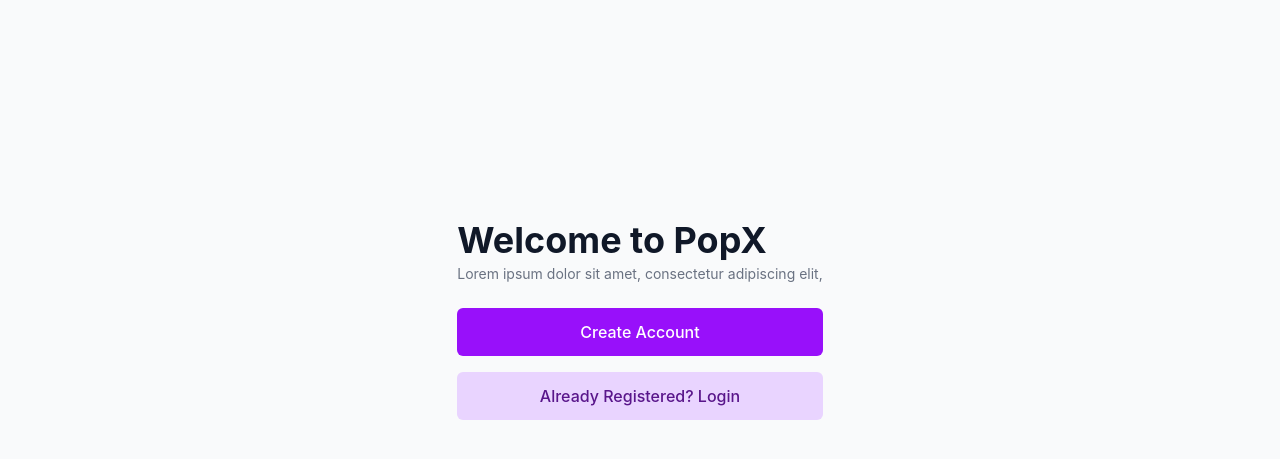
Repository: tanayburbure/inter
Page: /
The author's editor kept a copy of each file at every save. The page is drawn from the files as they stood at one save, then again after the next save.
The browser window is 1280 px wide. The pictures show the whole page.
The project was rebuilt for these pictures with package versions that can differ from the ones it lists, and the page was loaded fresh each time. Also part of the build but not shown: vite.config.js, src/pages/Login.jsx, src/pages/Signup.jsx, src/pages/Account.jsx.

Above is the page before, as saved 2025-06-17 22:22:43.

### src/index.css
@import "tailwindcss";

body {
  font-family: 'Inter', sans-serif;
}

### src/App.jsx
import React from "react";
import { BrowserRouter as Router, Routes, Route, useLocation, useNavigate } from "react-router-dom";
import Welcome from "./pages/Welcome";
import Login from "./pages/Login";
import Signup from "./pages/Signup";
import Account from "./pages/Account";

function BackButton() {
  const location = useLocation();
  const navigate = useNavigate();

  // Hide the button only on the Welcome page
  if (location.pathname === "/") return null;

  return (
    <button
      onClick={() => navigate(-1)}
      className="absolute top-4 left-4 px-4 py-2 bg-white border border-gray-300 rounded shadow text-sm hover:bg-gray-50"
    >
      ← Back
    </button>
  );
}

export default function App() {
  return (
    <Router>
      <div className="relative min-h-screen bg-gray-100 text-gray-900">
        <BackButton />
        <Routes>
          <Route path="/" element={<Welcome />} />
          <Route path="/login" element={<Login />} />
          <Route path="/signup" element={<Signup />} />
          <Route path="/account" element={<Account />} />
        </Routes>
      </div>
    </Router>
  );
}

### src/pages/Welcome.jsx
import { useNavigate } from 'react-router-dom';

export default function Welcome() {
  const navigate = useNavigate();

  return (
    <div className="min-h-screen md:items-center mg:justify-center lg:items-center lg:justify-center flex flex-col justify-end px-6 py-12 bg-gray-50">
      <div className="mb-20">
        <h1 className="text-4xl font-bold mb-1">Welcome to PopX</h1>
        <p className="text-sm text-gray-500 mb-6">
          Lorem ipsum dolor sit amet, consectetur adipiscing elit,
        </p>
        <button
          onClick={() => navigate('/signup')}
          className="w-full bg-purple-600 text-white py-3 rounded-md font-medium mb-4"
        >
          Create Account
        </button>
        <button
          onClick={() => navigate('/login')}
          className="w-full bg-purple-200 text-purple-900 py-3 rounded-md font-medium"
        >
          Already Registered? Login
        </button>
      </div>
    </div>
  );
}

Loaded but not shown: index.html (common file); src/main.jsx (common file)

After the next save:
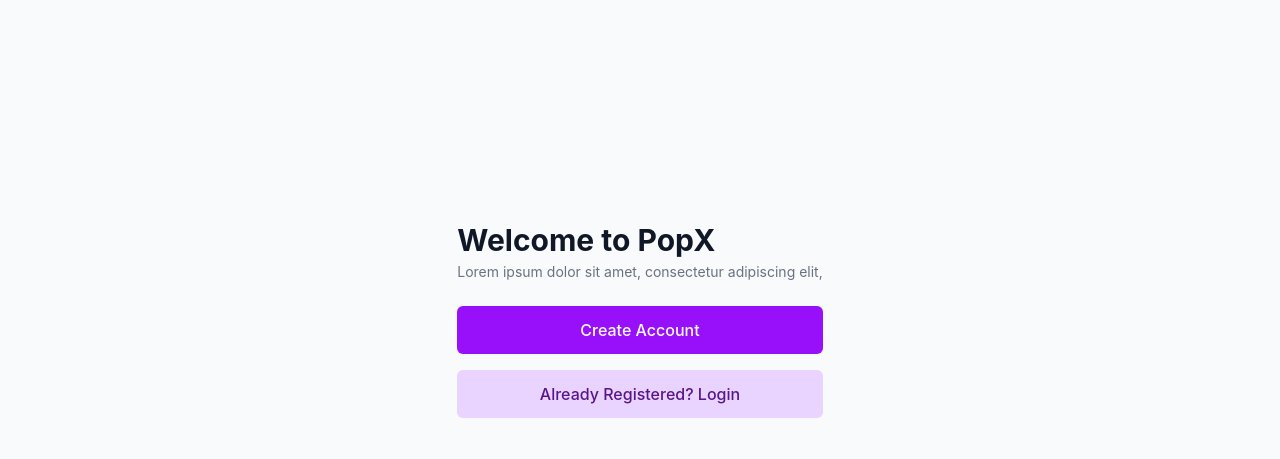
Saved 4 s later.
--- a/src/pages/Welcome.jsx
+++ b/src/pages/Welcome.jsx
@@ -6,7 +6,7 @@
   return (
     <div className="min-h-screen md:items-center mg:justify-center lg:items-center lg:justify-center flex flex-col justify-end px-6 py-12 bg-gray-50">
       <div className="mb-20">
-        <h1 className="text-4xl font-bold mb-1">Welcome to PopX</h1>
+        <h1 className="text-3xl font-bold mb-1">Welcome to PopX</h1>
         <p className="text-sm text-gray-500 mb-6">
           Lorem ipsum dolor sit amet, consectetur adipiscing elit,
         </p>
